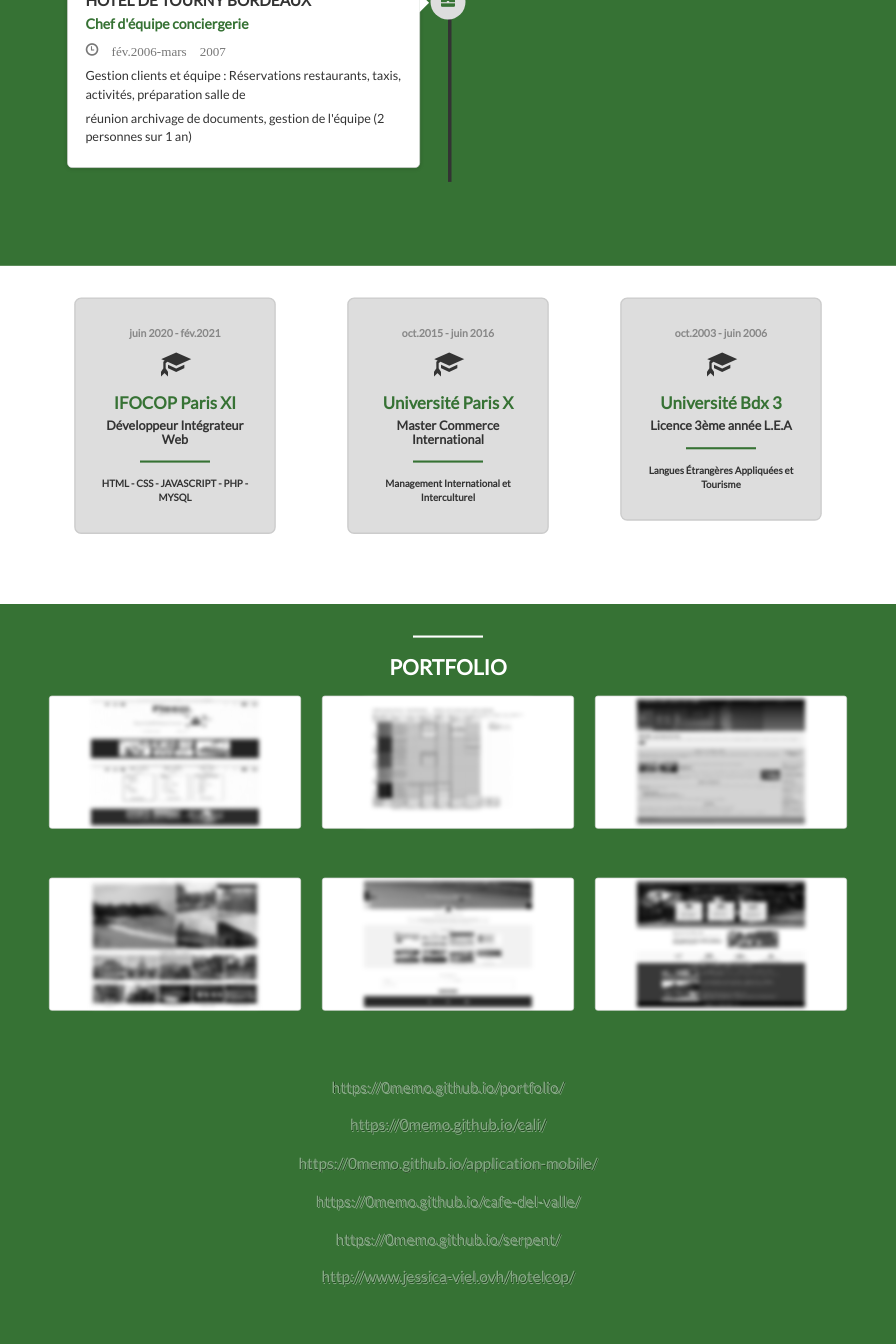
Repository: 0Memo/mon-cv
Page: index.html
The author's editor kept a copy of each file at every save. The page is drawn from the files as they stood at one save, then again after the next save.
The browser window is 1280 px wide. The pictures show the part of the page from y = 3167 to 5087 px (the page is 5087 px tall before and 5047 px after), at 70% of full size.

Above is the page before, as saved 2020-12-29 15:27:12.

### index.html
<!DOCTYPE html>
<html lang="en">
    <head>
        <meta charset="UTF-8">
        <meta name="viewport" content="width=device-width, initial-scale=1.0">
        <meta name="description" content="Voici mon cv, vous pourrez découvrir mon parcours de formation, et mes expériences professionnelles">
        <meta name="author" content="Guillaume Mehats">
        <title>Mon CV</title>
        <link rel="preconnect" href="https://fonts.gstatic.com">
        <link href="https://fonts.googleapis.com/css2?family=Lato&display=swap" rel="stylesheet">
        <link rel="stylesheet" href="css/bootstrap.min.css">
        <link rel="stylesheet" href="css/styles.css">
        <link rel="shortcut icon" href="img/colombia.png">
    </head>
    <body>
        <section id="about" class="container-fluid">
            <div class="col-xs-8 col-md-4 profile-picture">
                <img src="img/photo.png" alt="Guillaume" class="rounded-circle">
            </div>
            <div class="heading">
                <h1>Salut, c'est moi Guillaume</h1>
                <h3>Développeur Web</h3>
                <a href="docs/CV_Guillaume_Mehats.pdf" class="button1">Télécharger CV</a>
            </div>
        </section>

        <section id="skills">
            <div class="green-divider">
            </div>
            <div class="heading">
                <h2>Compétences</h2>
            </div>
            <div class="container">
                <div class="row">
                    <div class="col-md-6">
                        <div class="progress">
                            <div class="progress-bar" role="progressbar" aria-valuenow="85" aria-valuemin="0" aria-valuemax="100" style="width:85%">
                                <h5>HTML 85%</h5>
                            </div>
                        </div>
                        <div class="progress">
                            <div class="progress-bar" role="progressbar" aria-valuenow="85" aria-valuemin="0" aria-valuemax="100" style="width:85%">
                                <h5>CSS 85%</h5>
                            </div>
                        </div>
                        <div class="progress">
                            <div class="progress-bar" role="progressbar" aria-valuenow="90" aria-valuemin="0" aria-valuemax="100" style="width:90%">
                                <h5>JAVASCRIPT 90%</h5>
                            </div>
                        </div>
                    </div>
                    <div class="col-md-6">
                        <div class="progress">
                            <div class="progress-bar" role="progressbar" aria-valuenow="85" aria-valuemin="0" aria-valuemax="100" style="width:85%">
                                <h5>JQUERY 85%</h5>
                            </div>
                        </div>
                        <div class="progress">
                            <div class="progress-bar" role="progressbar" aria-valuenow="80" aria-valuemin="0" aria-valuemax="100" style="width:80%">
                                <h5>BOOTSTRAP 80%</h5>
                            </div>
                        </div>
                        <div class="progress">
                            <div class="progress-bar" role="progressbar" aria-valuenow="75" aria-valuemin="0" aria-valuemax="100" style="width:75%">
                                <h5>SASS 75%</h5>
                            </div>
                        </div>
                    </div>
                </div>
            </div>
        </section>

        <section id="experience">
            <div class="container">
                <div class="white-divider"></div>
                <div class="heading">
                    <h2>Expérience professionnelle</h2>
                </div>
                <ul class="timeline">
                    <li>
                        <div class="timeline-badge"><span class="glyphicon glyphicon-briefcase"></span></div>
                        <div class="timeline-panel-container">
                            <div class="timeline-panel">
                                <div class="timeline-heading">
                                    <h3>Lycée<span class="experience-place"> Amboise</span></h3>
                                    <h4>Professeur d'espagnol</h4>
                                    <p class="text-muted"><small class="glyphicon glyphicon-time"> déc.2019-août 2020</small></p>
                                </div>
                                <div class="timeline-body">
                                    <p>Préparation de cours d'espagnol: Création de séquences de cours et ajouts culturels</p>
                                    <p>Animation de cours collectifs et de groupes: Cours de 2nde, 1ère et Terminale</p>
                                    <p>gestion des classes (7 classes de 26 à 30 élèves chacune)</p>
                                    <p>Surveillance et correction d'examens: Examens nationaux (E3C) et examens en classe</p>
                                </div>
                                <div class="timeline-footer"></div>
                            </div>
                        </div>
                    </li>
                    <li>
                        <div class="timeline-badge"><span class="glyphicon glyphicon-briefcase"></span></div>
                        <div class="timeline-panel-container-inverted">
                            <div class="timeline-panel">
                                <div class="timeline-heading">
                                    <h3>Langaj<span class="experience-place"> Paris</span></h3>
                                    <h4>Coordinateur de formation</h4>
                                    <p class="text-muted"><small class="glyphicon glyphicon-time"> jan.2016-nov.2018</small></p>
                                </div>
                                <div class="timeline-body">
                                    <p>Planification des formations : Programmation, reprogrammation et optimisation des sessions de formation</p>
                                    <p>Validations, annulations, reports de session. Surveillance d'examens : TOEIC, Bulats. Contact professeurs-stagiaires</p>
                                    <p>Suivi d'activité : Création d'indicateurs de suivi (ex: taux d'avancement formation, utilisation ressources, ...)</p>
                                    <p>rapport anomalies et propositions de plans d'action au comité de direction. Gestion de l'équipe (2 personnes sur 2 ans)</p>
                                    <p>Développement d'outils de suivi et de production automatisés Utilisation de Scribble Maps, Google Apps Script</p>
                                    <p>Macros, Google Sheet, Excel, Word. Langues de travail: français, anglais, espagnol, italien, allemand, suédois, portugais</p>
                                </div>
                                <div class="timeline-footer"></div>
                            </div>
                        </div>
                    </li>
                    <li>
                        <div class="timeline-badge"><span class="glyphicon glyphicon-briefcase"></span></div>
                        <div class="timeline-panel-container">
                            <div class="timeline-panel">
                                <div class="timeline-heading">
                                    <h3>Regus<span class="experience-place"> Paris </span><img class="regus" src="img/regus.png" alt="Regus"></h3>
                                    <h4>Chargé relations clients</h4>
                                    <p class="text-muted"><small class="glyphicon glyphicon-time"> avr.2010-déc.2015</small></p>
                                </div>
                                <div class="timeline-body">
                                    <p>Suivi d'activités : Reporting d'activité, suivi et mise à jour des procédures du siège, gestion conflits et satisfaction</p>
                                    <p>clients, suivi des impayés clients-fournisseurs, gestion de la balance âgée. Promotion interne: Gestion et formation</p>
                                    <p>de l'équipe d'accueil (5 personnes sur 3 ans). Langues de travail: français, anglais, rousection, hébreu, italien</p>
                                    <p>Logistique : Gestion des stocks, commandes et salles, archivage</p>
                                </div>
                                <div class="timeline-footer"></div>
                            </div>
                        </div>
                    </li>
                    <li>
                        <div class="timeline-badge"><span class="glyphicon glyphicon-briefcase"></span></div>
                        <div class="timeline-panel-container-inverted">
                            <div class="timeline-panel">
                                <div class="timeline-heading">
                                    <h3>Disneyland Paris <img class="mickey" src="img/mickey-mouse.png" alt="Mickey Mouse"></h3>

                                    <h4>Conseiller clientèle multilingue</h4>
                                    <p class="text-muted"><small class="glyphicon glyphicon-time"> avr.2007-avr.2010</small></p>
                                </div>
                                <div class="timeline-body">
                                    <p>Gestion des demandes internationales : Langues de travail: français, anglais, espagnol, roumain, hébreu</p>
                                    <p>italien, portugais (traduction simultanées pour les urgences médicales, réservations restaurants</p>
                                    <p>et taxis, conseils sur les activités). Gestion de l'équipe (3 personnes sur 3 ans)</p>
                                </div>
                                <div class="timeline-footer"></div>
                            </div>
                        </div>
                    </li>
                    <li>
                        <div class="timeline-badge"><span class="glyphicon glyphicon-briefcase"></span></div>
                        <div class="timeline-panel-container">
                            <div class="timeline-panel">
                                <div class="timeline-heading">
                                    <h3>Hôtel de Tourny<span class="experience-place"> Bordeaux</span></h3>
                                    <h4>Chef d'équipe conciergerie</h4>
                                    <p class="text-muted"><small class="glyphicon glyphicon-time"> fév.2006-mars 2007</small></p>
                                </div>
                                <div class="timeline-body">
                                    <p>Gestion clients et équipe : Réservations restaurants, taxis, activités, préparation salle de</p>
                                    <p>réunion archivage de documents, gestion de l'équipe (2 personnes sur 1 an)</p>
                                </div>
                                <div class="timeline-footer"></div>
                            </div>
                        </div>
                    </li>
                </ul>
            </div>
        </section>

        <section id="education">
            <div class="container">
                <div class="row">
                    <div class="col-sm-4">
                        <div class="education-block">
                            <h5>juin 2020 - fév.2021</h5>
                            <span class="glyphicon glyphicon-education"></span>
                            <h3>IFOCOP Paris XI</h3>
                            <h4>Développeur Intégrateur Web</h4>
                            <div class="green-divider"></div>
                            <p>HTML - CSS - JAVASCRIPT - PHP - MYSQL</p>
                        </div>
                    </div>
                    <div class="col-sm-4">
                        <div class="education-block">
                            <h5>oct.2015 - juin 2016</h5>
                            <span class="glyphicon glyphicon-education"></span>
                            <h3>Université Paris X</h3>
                            <h4>Master Commerce International</h4>
                            <div class="green-divider"></div>
                            <p>Management International et Interculturel</p>
                        </div>
                    </div>
                    <div class="col-sm-4">
                        <div class="education-block">
                            <h5>oct.2003 - juin 2006</h5>
                            <span class="glyphicon glyphicon-education"></span>
                            <h3>Université Bdx 3</h3>
                            <h4>Licence 3ème année L.E.A</h4>
                            <div class="green-divider"></div>
                            <p>Langues Étrangères Appliquées et Tourisme</p>
                        </div>
                    </div>
                </div>
            </div>
        </section>

        <section id="portfolio">
            <div class="container">
                <div class="white-divider">
                </div>
                <div class="heading">
                    <h2>Portfolio</h2>
                </div>
                <div class="row">
                    <div class="col-sm-4">
                        <a class="thumbnail" href="img/pleezz.jpg" target="_blank" alt="projet">
                            <img src="img/pleezz.jpg">
                        </a>
                    </div>
                    <div class="col-sm-4">
                        <a class="thumbnail" href="img/formules.jpg" target="_blank" alt="projet">
                            <img src="img/formules.jpg">
                        </a>
                    </div>
                    <div class="col-sm-4">
                        <a class="thumbnail" href="img/restaurante.jpg" target="_blank" alt="projet">
                            <img src="img/restaurante.jpg">
                        </a>
                    </div>
                </div>
                <div class="row">
                    <div class="col-sm-4">
                        <a class="thumbnail" href="img/gallerie.jpg" target="_blank" alt="projet">
                            <img src="img/gallerie.jpg">
                        </a>
                    </div>
                    <div class="col-sm-4">
                        <a class="thumbnail" href="img/proyecto.jpg" target="_blank" alt="projet">
                            <img src="img/proyecto.jpg">
                        </a>
                    </div>
                    <div class="col-sm-4">
                        <a class="thumbnail" href="img/cali_page.jpg" target="_blank" alt="projet">
                        <img src="img/cali_page.jpg">
                        </a>
                    </div>
                </div>
                <div class="link">
                    <a href="https://0memo.github.io/portfolio/" title="mon portfolio" class="portfolio_page" target="_blank">https://0memo.github.io/portfolio/</a>
                </div>
                <div class="link">
                    <a href="https://0memo.github.io/cali/" title="Cali" class="cali" target="_blank">https://0memo.github.io/cali/</a>
                </div>
                <div class="link">
                    <a href="https://0memo.github.io/application-mobile/" title="application mobile" class="application-mobile" target="_blank">https://0memo.github.io/application-mobile/</a>
                </div>
                <div class="link">
                    <a href="https://0memo.github.io/cafe-del-valle/" title="cafe del valle" class="cafe_del_valle" target="_blank">https://0memo.github.io/cafe-del-valle/</a>
                </div>
                <div class="link">
                    <a href="https://0memo.github.io/serpent/" title="jeu du serpent" class="serpent" target="_blank">https://0memo.github.io/serpent/</a>
                </div>
                <div class="link">
                    <a href="https://www.jessica-viel.ovh/hotelcop/" title="projet HôtelCop" class="hotelCop" target="_blank">http://www.jessica-viel.ovh/hotelcop/</a>
                </div>
            </div>


        </section>

        <script src="js/jquery-3.5.1.min.js"></script>
        <script src="https://cdn.jsdelivr.net/npm/popper.js@1.16.0/dist/umd/popper.min.js" integrity="sha384-Q6E9RHvbIyZFJoft+2mJbHaEWldlvI9IOYy5n3zV9zzTtmI3UksdQRVvoxMfooAo" crossorigin="anonymous"></script>
        <script src="js/bootstrap.min.js"></script>
        <script src="js/script.js"></script>
    </body>
</html>

### css/styles.css
:root {
    --color: #367234;
}

body {
    font-family: 'Lato', sans-serif;
}

h1, h2, h3, h4, h5, h6 {
    font-weight: bold;
}


.profile-picture {
    text-align: center;
    margin: 0 auto;
    float: none;
}

section {
    padding: 45px 0 80px 0;
}

#about {
    padding-top: 100px;
    background: var(--color);
}
#about img {
    max-width: 100%;
    height: auto;
    border: 2px solid gold;
    background: #fff;
    border-radius: 50%;
}

#about  .heading {
    padding-top: 10px;
    text-align: center;
    padding-bottom: 40px;
}

#about .heading h1 {
    color: #fff;
    text-transform: uppercase;
}

#about .heading h3 {
    color: #000;
    font-size: 24px;
}

#about .heading .button1 {
    color: #fff;
    font-weight: bold;
    font-size: 16px;
    text-transform: uppercase;
    border: 1px solid #fff;
    margin-top: 20px;
    display: inline-block;
    padding: 18px 50px;
    border-radius: 3px;
    transition: all 0.3s ease-in 0s;
}

#about .heading .button1:hover {
    text-decoration: none;
    background: #fff;
    color: var(--color);
}

#skills, #education {
    background: #fff;
}

#skills .green-divider {
    width: 100px;
    height: 3px;
    background: var(--color);
    margin: 0 auto;
}

#skills .heading h2{
    color: var(--color);
    text-align: center;
    text-transform: uppercase;
    margin: 25px;
}

#skills .progress {
    height: 50px;
    background: #ddd;
}

#skills .progress:last-child {
    margin: 0 20px;
}

#skills .progress:not(:last-child) {
    margin: 15px 20px;

}

#skills .progress .progress-bar {
    background: var(--color);
}


#skills .progress .progress-bar h5 {
    text-shadow: 1px 1px 1px #000;
    font-size: 18px;
    line-height: 18px;
}

#experience, #portfolio {
    background: var(--color);
}

#experience .white-divider, #portfolio .white-divider {
    width: 100px;
    height: 3px;
    background: #fff;
    margin: 0 auto;
}

#experience .heading h2, #portfolio .heading h2 {
    color: #fff;
    text-align: center;
    text-transform: uppercase;
    margin: 25px;
}

#experience .container .timeline {
    list-style: none;
    padding: 30px 10px;
    position: relative;
}

#experience .container .timeline::before {
    content: " ";
    top: 10px;
    bottom: 30px;
    left: 50%;
    margin-left: -2,5px;
    width: 5px;
    background: #333;
    position: absolute;
}

#experience .container .timeline > li {
    margin-bottom: 20px;
    position: relative;
}

#experience .container .timeline > li::after {
    clear: both;
}

#experience .container .timeline > li::before, #experience .container .timeline > li::after {
    content: " ";
    display: table;
}

#experience .container .timeline li .timeline-badge {
    color: var(--color);
    width: 50px;
    line-height: 50px;
    font-size: 20px;
    text-align: center;
    position: absolute;
    top: 16px;
    left: 50%;
    margin-left: -25px;
    background-color: #ddd;
    border-radius: 50%;
}

#experience .container .timeline li .timeline-panel-container {
    width: 50%;
    float: left;
}

#experience .container .timeline li .timeline-panel-container-inverted {
    width: 50%;
    float: right;
}

#experience .container .timeline li .timeline-panel-container .timeline-panel {
    width: 90%;
    float: right;
    border: 1px solid #d4d4d4;
    border-radius: 7px;
    padding: 20px 25px;
    position: relative;
    background: #fff;
    box-shadow: 0 1px 6px rgba(0, 0, 0, .175);
    margin-right: 40px;
}

#experience .container .timeline li .timeline-panel-container-inverted .timeline-panel {
    width: 90%;
    float: left;
    border: 1px solid #d4d4d4;
    border-radius: 7px;
    padding: 20px 25px;
    position: relative;
    background: #fff;
    box-shadow: 0 1px 6px rgba(0, 0, 0, .175);
    margin-left: 40px;
}

#experience .container .timeline li .timeline-panel-container .timeline-panel::after {
    position: absolute;
    top: 27px;
    right: -14px;
    display: inline-block;
    border-top: 14px solid transparent;
    border-left: 14px solid #fff;
    border-right: 0 solid #fff;
    border-bottom: 14px solid transparent;
    content: " ";
}

#experience .container .timeline li .timeline-panel-container-inverted .timeline-panel::after {
    position: absolute;
    top: 27px;
    left: -14px;
    display: inline-block;
    border-top: 14px solid transparent;
    border-left: 0 solid #fff;
    border-right: 14px solid #fff;
    border-bottom: 14px solid transparent;
    content: " ";
}

#experience .container .timeline li .timeline-panel-container .timeline-panel .timeline-heading h3, #experience .container .timeline li .timeline-panel-container-inverted .timeline-panel .timeline-heading h3 {
    margin-top: 5px;
    font-size: 22px;
    text-transform: uppercase;
}

#experience .container .timeline li .timeline-panel-container .timeline-panel .timeline-heading h4, #experience .container .timeline li .timeline-panel-container-inverted .timeline-panel .timeline-heading h4 {
    color: var(--color);
    font-size: 20px;
}

#experience .container .timeline li .timeline-panel-container .timeline-panel .timeline-heading p.text-muted, #experience .container .timeline li .timeline-panel-container-inverted .timeline-panel .timeline-heading p.text-muted {
    font-size: 22px;
}

#experience .container .timeline li .timeline-panel-container .timeline-panel .timeline-body p, #experience .container .timeline li .timeline-panel-container-inverted .timeline-panel .timeline-body p {
    font-size: 18px;
}

.regus, .mickey {
    width: 35px;
    border: none;
}

#education .container .row .col-sm-4 .education-block {
    width: 80%;
    margin: 0 auto;
    text-align: center;
    padding: 30px;
    background: #ddd;
    border-radius: 10px;
    border: 2px solid #ccc;
    margin-bottom: 20px;
}

#education .container .row .col-sm-4 .education-block h5 {
    color: #888;
    font-size: 15px;
    margin-bottom: 15px;
}

#education .container .row .col-sm-4 .education-block span {
    font-size: 40px;
}

#education .container .row .col-sm-4 .education-block h3 {
    color: var(--color);
}

#education .container .row .col-sm-4 .education-block h4 {
    margin-bottom: 20px;
}

#education .container .row .col-sm-4 .education-block .green-divider {
    width: 100px;
    height: 3px;
    background: var(--color);
    margin: 0 auto;
}

#education .container .row .col-sm-4 .education-block p {
    margin-top: 20px;
    font-weight: bold;
}

#portfolio .container .row .col-sm-4 a {
    margin-bottom: 70px;
}

#portfolio .container .row .col-sm-4 a img{
    height: 180px;
    width: 240px;
    transition: all .3s ease-in 0s;
}

#portfolio .container .row .col-sm-4 img:hover {
    transform: scale(1.3);
    z-index: 2;
}

#portfolio .container .row .col-sm-4 img:not(:hover) {
    filter: blur(3px) grayscale(1) !important;
}

#portfolio .link a {
    display: block;
    margin-top: 2%;
    color: #fff;
    font-size: 22px;
    text-align: center;
    opacity: 0.4;
    transition: 2s;
    text-shadow: black .05em .05em 0,
    white .08em .08em 0;
}


#portfolio .link a:hover {
    text-decoration: none;
    opacity: 1;
    color: rgb(255, 251, 251);
}

Loaded but not shown: css/bootstrap.min.css (library); js/jquery-3.5.1.min.js (library); js/bootstrap.min.js (library); js/script.js (no copy from this time; the picture is the same without it)

After the next save:
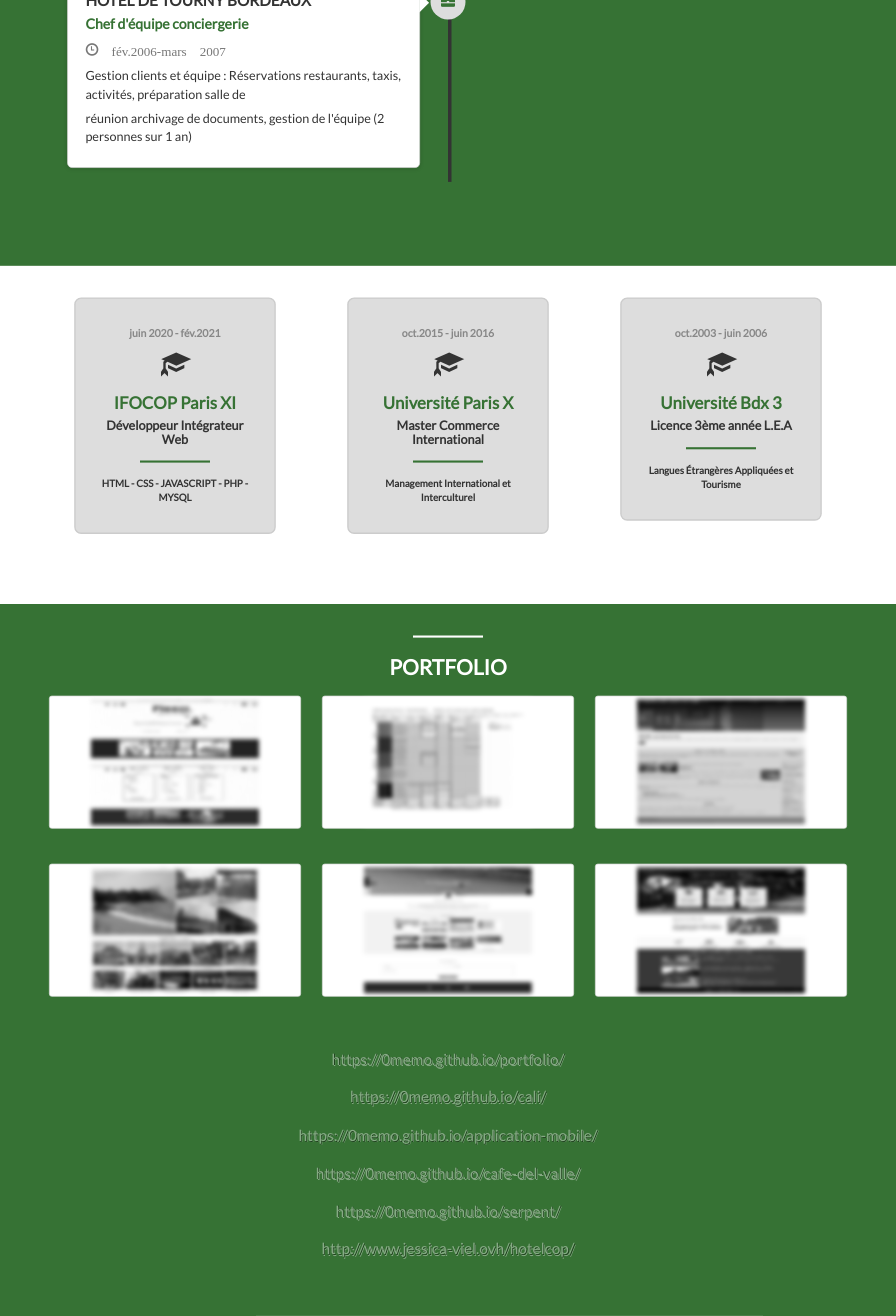
Saved 9 s later.
--- a/css/styles.css
+++ b/css/styles.css
@@ -298,7 +298,7 @@ section {
 }
 
 #portfolio .container .row .col-sm-4 a {
-    margin-bottom: 70px;
+    margin-bottom: 50px;
 }
 
 #portfolio .container .row .col-sm-4 a img{
